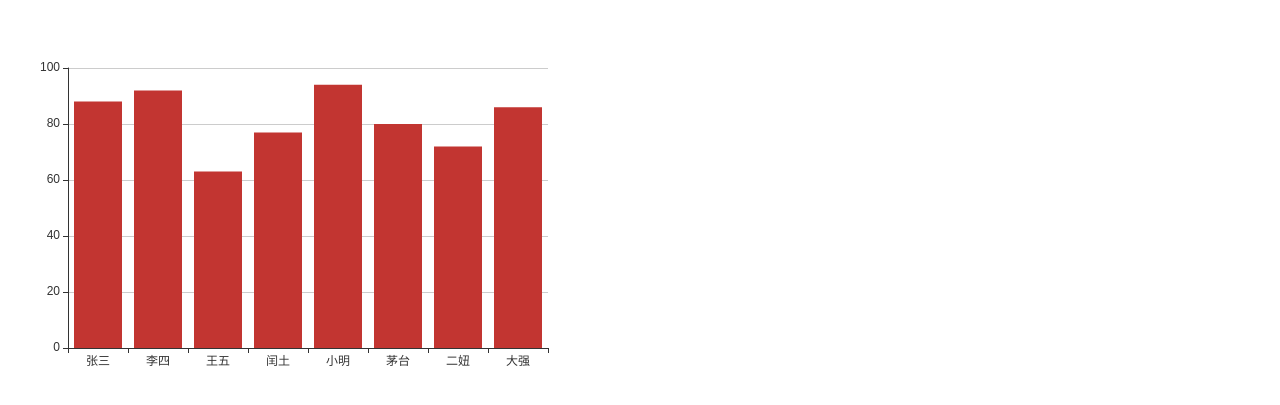
Repository: lm101845/LearnDataVisualization
Page: 02-Echarts/02-代码手敲/03.柱状图的实现.html
An editor plug-in stored every save of this project. The page is shown before and after the next save, followed by the edit.
The browser window is 1280 px wide. The pictures show the whole page.

Above is the page before, as saved 2022-03-09 23:47:51.

After the next save:
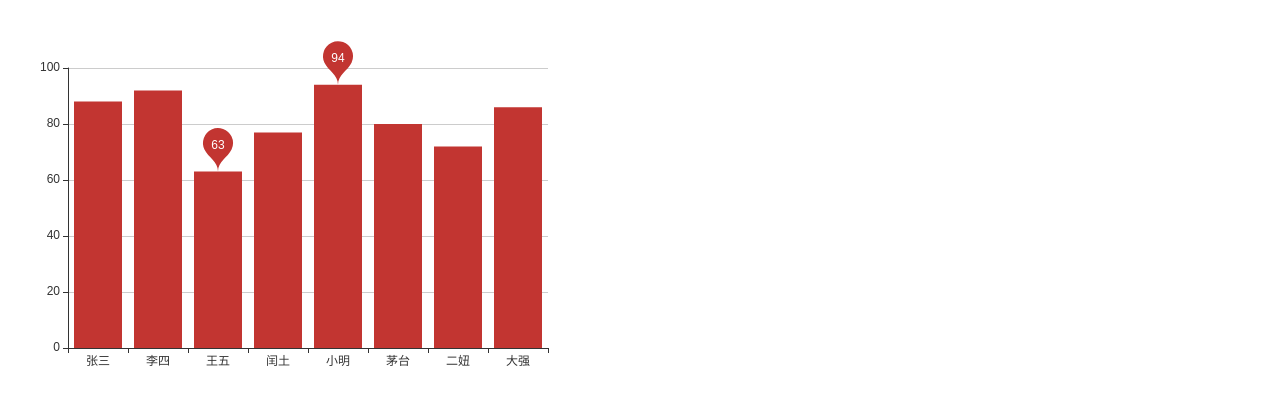
Saved 5 min 50 s later.
--- a/02-Echarts/02-代码手敲/03.柱状图的实现.html
+++ b/02-Echarts/02-代码手敲/03.柱状图的实现.html
@@ -48,7 +48,16 @@
                     {
                         name:'语文',
                         type:'bar',  //bar表示柱状图
-                        data:yDataArr
+                        data:yDataArr,
+                        markPoint: {
+                            data:[{
+                                type:'max',
+                                name:'最大值'
+                            },{
+                                type:'min',
+                                name:'最小值'
+                            }]
+                        }
                     }
             ]
             }
